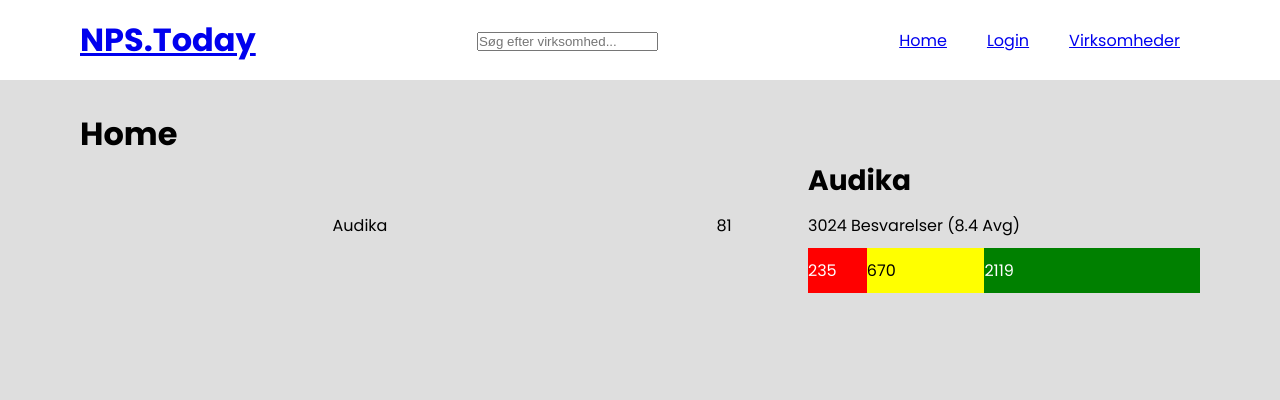
Repository: Shaydx/reviews
Page: /
These files come from the project's save history. The page is drawn as it stood at one moment and after the next save; the edit follows.
The browser window is 1280 px wide. The pictures show the whole page.
The project was rebuilt for these pictures with package versions that can differ from the ones it lists, and the page was loaded fresh each time.

Above is the page before, as saved 2020-10-13 16:43:13.

After the next save:
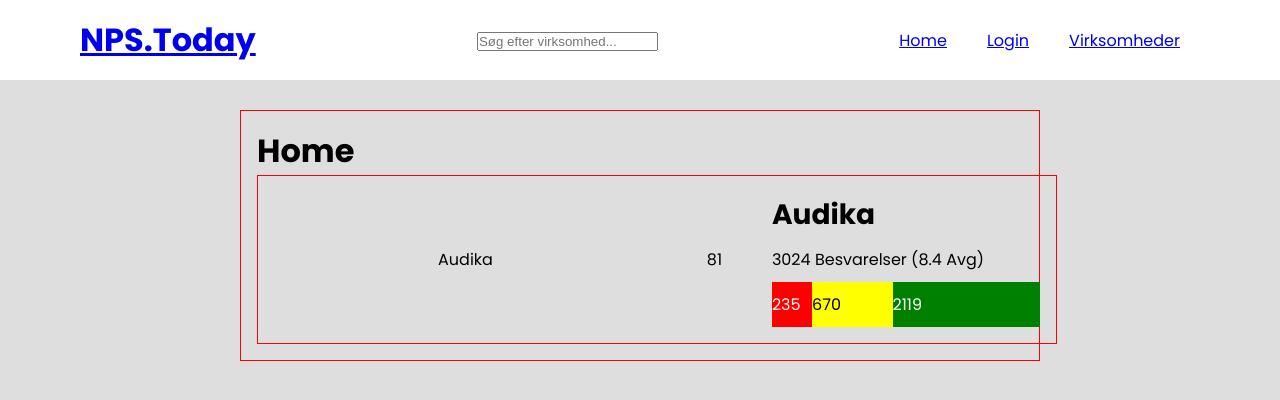
Saved 6 s later.
--- a/src/assets/base/_global.scss
+++ b/src/assets/base/_global.scss
@@ -3,4 +3,8 @@
 }
 
 .container {
+  width: 800px;
+  padding: 1rem;
+  margin: 0 auto;
+  border: 1px solid red;
 }
